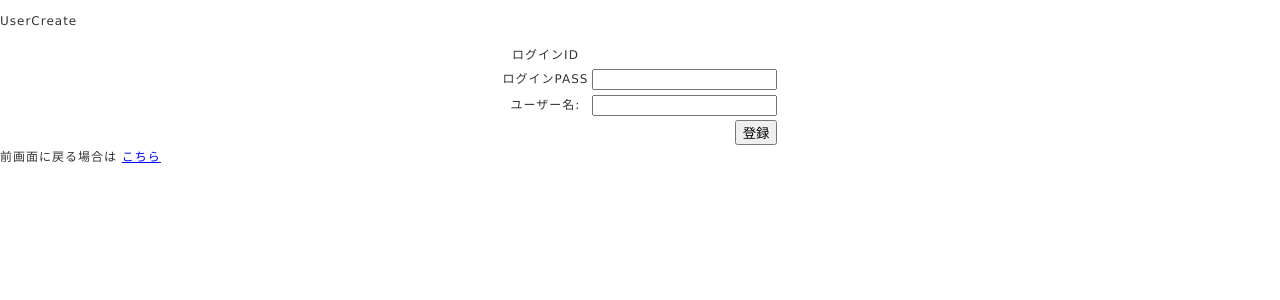
Repository: mjeeeex333/mjfile
Page: http://localhost/template/userCreate.jsp
An editor plug-in stored every save of this project. The page is shown before and after the next save, followed by the edit.
The browser window is 1280 px wide. The pictures show the whole page.
The page is served by Tomcat 9. Other server files are loaded and not shown.

Above is the page before, as saved 2018-10-12 10:21:00.

### template/WebContent/userCreate.jsp
<%@ page language="java" contentType="text/html; charset=UTF-8"
    pageEncoding="UTF-8"%>
<%@ taglib prefix="s" uri="/struts-tags" %>
<!DOCTYPE html>
<html>
<head>
<meta http-equiv="Content-Type" content="text/html; charset=UTF-8">
<meta http-equiv="Content-Style-Type" content="text/css" />
<meta http-equiv="Content-Script-Type" content="text/javascript" />
<meta http-equiv="imagetoolbar" content="no" />
<meta name="description" content="" />
<meta name="keywords" content="" />

<title>UserCreate画面</title>

<style type="text/css">



body {
margin:0;
padding:0;
line-height:1.6;
letter-spacing:1px;
font-family:Verdana, Helvetica, sans-serif;
font-size:12px;
color:#333;
background:#fff;
}
table {
text-align:center;
margin:0 auto;

#top {
width:780px;
margin:30px auto;


border:1px solid #333;
}
#header {
width: 100%;
height: 80px;
background-color: black;
}
#main {
width: 100%;
height: 500px;
text-align: center;
}
#footer {
width: 100%;
height: 80px;
background-color: black;
clear:both;
}


</style>

</head>

<body>

<div id="header">
<div id="pr">
</div>
</div>

<div id="main">
<div id="top">
<p>UserCreate</p>
</div>

<div>
<s:if test="errorMessage!= ''">
<s:property value="errorMessage" escape="false"/>
</s:if>

<table>
<s:form action="UserCreateConfirmAction">

<tr>
<td>
<label>ログインID</label>
</td>
</tr>

<tr>
<td>
<label>ログインPASS</label>
</td>
<td>
<input type="text"name="loginPassword" value=""/>
</td>
</tr>


<tr>
<td>
<label>ユーザー名:</label>
</td>
<td>
<input type="text"name="userName" value=""/>
</td>
</tr>

<s:submit value="登録"/>


</s:form>
</table>

<div>
<span>前画面に戻る場合は</span>
<a href='<s:url action="HomeAction"/>'>こちら</a>
</div>

</div>
</div>

<div id="footer">
<div id="pr">

</div>

</div>




</body>
</html>

After the next save:
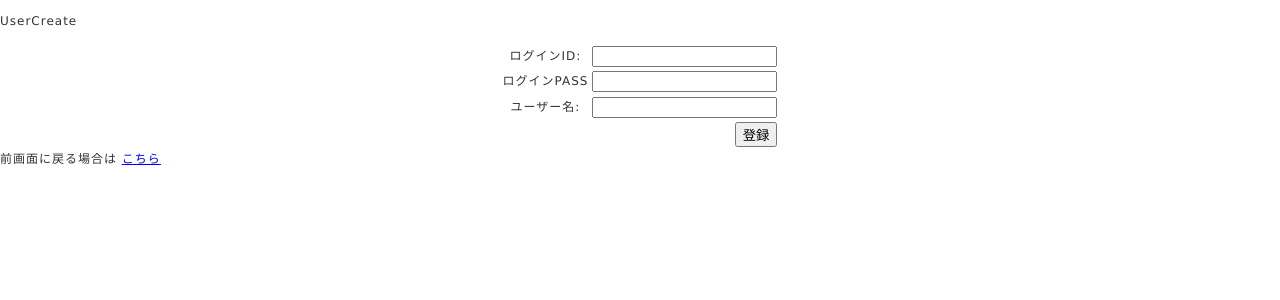
Saved 64 s later.
--- a/template/WebContent/userCreate.jsp
+++ b/template/WebContent/userCreate.jsp
@@ -82,7 +82,10 @@ clear:both;
 
 <tr>
 <td>
-<label>ログインID</label>
+<label>ログインID:</label>
+</td>
+<td>
+<input type="text" name="loginUserId"value=""/>
 </td>
 </tr>
 
